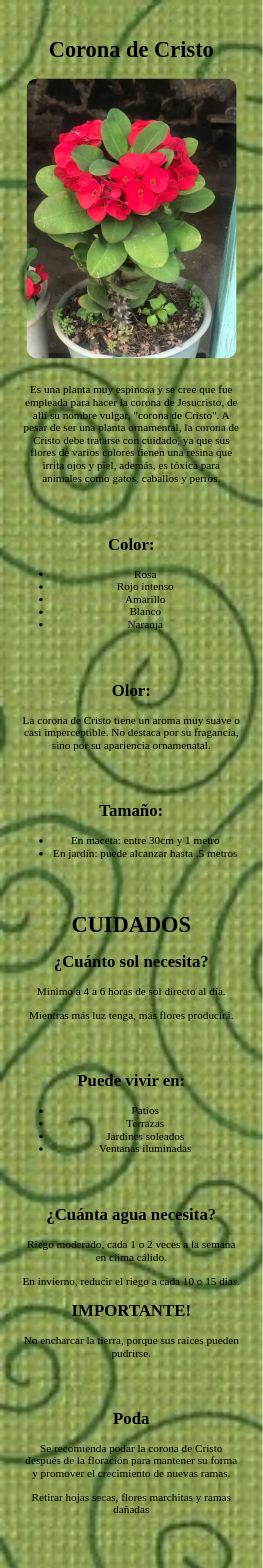
Repository: carrascokarencb37-afk/Nuura
Page: html/guiaPlant/planta1.html
These files come from the project's save history. The page is drawn as it stood at one moment and after the next save; the edit follows.
The browser window is 375 px wide. The pictures show the part of the page from y = 0 to 2240 px (the page is 2609 px tall before and 3634 px after), at 70% of full size.

Above is the page before, as saved 2026-05-22 23:09:48.

After the next save:
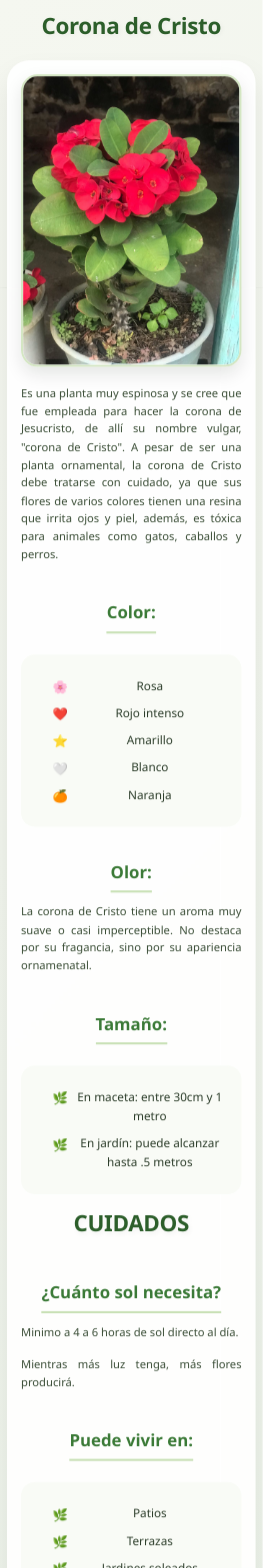
Saved 86 s later.
--- a/css/guiasPlant.css
+++ b/css/guiasPlant.css
@@ -14,6 +14,143 @@ body {
     padding: 2rem;
 }
 
+/* Reset básico */
+* {
+    margin: 0;
+    padding: 0;
+    box-sizing: border-box;
+}
+
+body {
+    font-family: 'Segoe UI', Tahoma, Geneva, Verdana, sans-serif;
+    background: linear-gradient(135deg, #f5f7f0 0%, #e8f0e6 100%);
+    color: #2d3e2b;
+    line-height: 1.6;
+    padding: 20px;
+    min-height: 100vh;
+}
+
+/* Contenedor principal */
+.container {
+    max-width: 900px;
+    margin: 0 auto;
+    background: rgba(255, 255, 255, 0.9);
+    border-radius: 32px;
+    padding: 30px;
+    box-shadow: 0 20px 40px rgba(0, 0, 0, 0.08);
+    backdrop-filter: blur(2px);
+}
+
+/* Título principal */
+h1 {
+    text-align: center;
+    font-size: 2.8rem;
+    color: #2c5e2a;
+    margin-bottom: 25px;
+    font-weight: 600;
+    letter-spacing: -0.5px;
+    text-shadow: 2px 2px 8px rgba(0,0,0,0.05);
+}
+
+/* Imagen */
+.foto {
+    width: 100%;
+    max-width: 400px;
+    height: auto;
+    border-radius: 24px;
+    display: block;
+    margin: 0 auto 25px auto;
+    box-shadow: 0 10px 25px rgba(0, 0, 0, 0.1);
+    transition: transform 0.3s ease;
+    border: 3px solid #d4e6c3;
+}
+
+.foto:hover {
+    transform: scale(1.02);
+}
+
+/* Párrafos */
+p {
+    font-size: 1.1rem;
+    margin-bottom: 20px;
+    text-align: justify;
+    color: #3a4d36;
+}
+
+/* Subtítulos (h2) */
+h2 {
+    font-size: 1.8rem;
+    color: #3b7a37;
+    margin-top: 30px;
+    margin-bottom: 15px;
+    padding-bottom: 8px;
+    border-bottom: 3px solid #c8e0b5;
+    display: inline-block;
+}
+
+/* Listas */
+ul {
+    background: #f9fbf6;
+    padding: 20px 20px 20px 45px;
+    border-radius: 20px;
+    margin: 15px 0;
+    list-style-type: none;
+}
+
+ul li {
+    margin: 12px 0;
+    font-size: 1.05rem;
+    position: relative;
+    padding-left: 28px;
+}
+
+ul li::before {
+    content: "🌿";
+    position: absolute;
+    left: 0;
+    top: 0;
+    font-size: 1.1rem;
+}
+
+/* Colores especiales para la lista de colores */
+ul:first-of-type li:nth-child(1)::before { content: "🌸"; }
+ul:first-of-type li:nth-child(2)::before { content: "❤️"; }
+ul:first-of-type li:nth-child(3)::before { content: "⭐"; }
+ul:first-of-type li:nth-child(4)::before { content: "🤍"; }
+ul:first-of-type li:nth-child(5)::before { content: "🍊"; }
+
+/* Separadores */
+br {
+    display: none;
+}
+
+/* Espaciado entre secciones */
+.container section {
+    margin-bottom: 20px;
+}
+
+/* Responsive */
+@media (max-width: 600px) {
+    body {
+        padding: 10px;
+    }
+
+    .container {
+        padding: 20px;
+    }
+
+    h1 {
+        font-size: 2rem;
+    }
+
+    h2 {
+        font-size: 1.5rem;
+    }
+
+    p, li {
+        font-size: 1rem;
+    }
+}
 img{
     width: 300px;
     height: auto;
